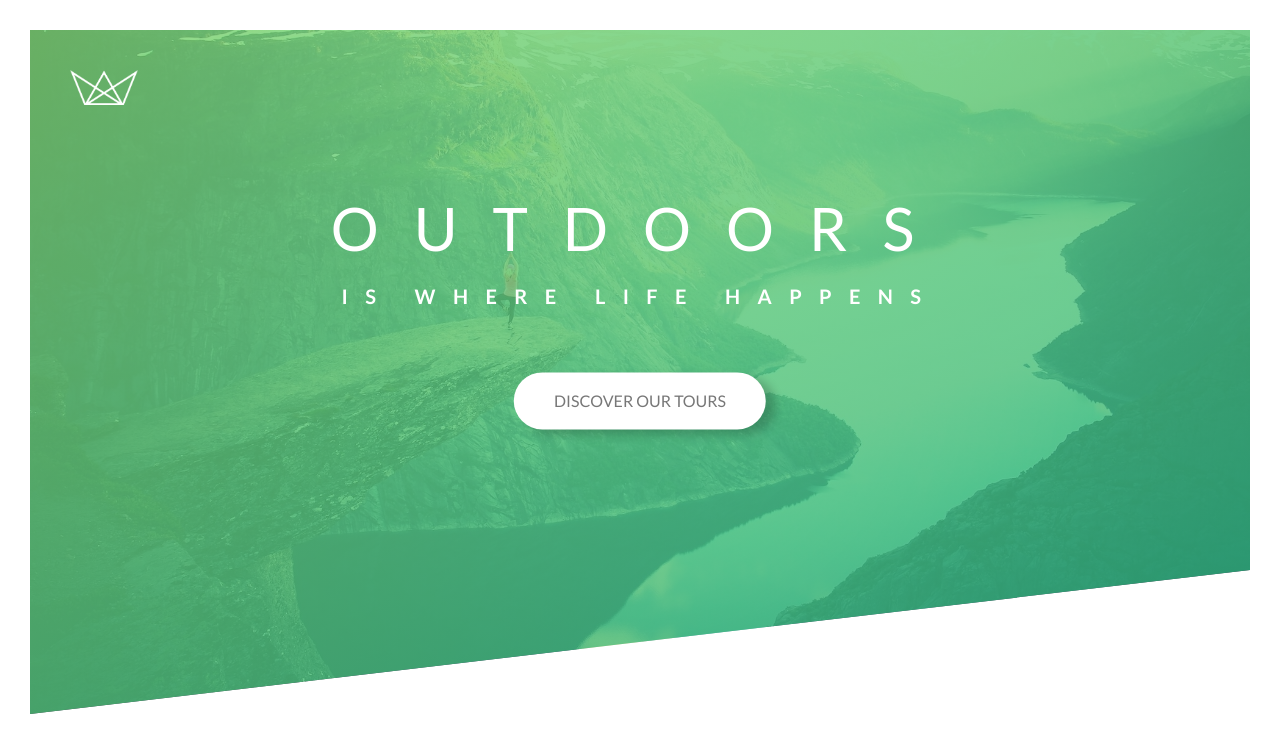
Repository: MalgorzataMazur/Natours
Page: index.html
The author's editor kept a copy of each file at every save. The page is drawn from the files as they stood at one save, then again after the next save.
The browser window is 1280 px wide. The pictures show the whole page.
The first visible `.btn` is being pressed.

Above is the page before, as saved 2020-01-13 00:33:29.

### index.html
<!DOCTYPE html>
<html lang="en">
<head>
    <meta charset="UTF-8">
    <meta name="viewport" content="width=device-width, initial-scale=1.0">
    <meta http-equiv="X-UA-Compatible" content="ie=edge">

    <link href="https://fonts.googleapis.com/css?family=Lato:100,300,400,700,900" rel="stylesheet">


    <link rel="stylesheet" href="css/style.css">
    <link rel="shortcut icon" type="image/png" href="img/favicon.png">

    <title>Natours | Exciting tours for adventurous people</title>
</head>
<body>
    <header class="header">  <!-- green field -->
        <div class="logo-box">
            <img src="img/logo-white.png" alt="Logo" class="logo">
        </div>

        <div class="text-box">
            <h1 class="heading-primary">
                <span class="heading-primary-main">Outdoors</span>
                <span class="heading-primary-sub">is where life happens</span>
            </h1>
            <a href="#" class="btn btn-white">Discover our tours</a>
        </div>

    </header>
</body>
</html>

### css/style.css
/*
COLORS:

Light green: #7ed56f
Medium green: #55c57a
Dark green: #28b485

*/

/* universal selector */    /* that is BASIC RESET! */
* {
    margin: 0;
    padding: 0;
    box-sizing: border-box;
}

body {
    font-family: "Lato", sans-serif;          /* FONT HERE IN BODY BECASUE IS USUALLY IHERITATED */
    font-weight: 400;
    font-size: 16px;
    line-height: 1.7;                       /* 1.7 x higher than earlier defined height of line */
    color: #777;
    padding: 30px;                          /* around all website white strap */
}

.header {
    height: 95vh;                          /* a#7ed56f, t the boottom left white strap 5% */
    background-image: linear-gradient(
        to right bottom,                     /* define gradient here linear, from wich side sholuld starts here in line gradienfrom the left top to the right, colours */
        rgba(126, 213, 111, 0.8),
        rgba(40, 180, 131, 0.8)),
        url(../img/hero.jpg);
    background-size: cover;
    background-position: top;
    position: relative;

    clip-path: polygon(0 0, 100% 0, 100% 75vh, 0 100%);  /* do wedge (kiln, wcięcie) just to clip from one side, w do polygon (wilokat) we move every single corner move clockwise x & y)  */

}

.logo-box {
    position: absolute;                    /* in the left corner */
    top: 40px;
    left: 40px;
}

.logo {
    height: 35px;;
}

.text-box {
    position: absolute;
    top: 40%;                          /* top&left they're in relation to the parent element  */
    left: 50%;
    transform: translate(-50%, -50%);         /*translation  is in relation to the elemnet itself; header promary I mean an element to be centered we have to shifted 50% of height and width of element not parent */
    text-align: center;                /* button at the center */
}

.heading-primary {
    color: #ffffff;
    text-transform: uppercase;

    backface-visibility: hidden;
    margin-bottom: 60px;                 /* a little bit like to the top, shaky and it is to fix it  */
}

.heading-primary-main {
    display: block;
    font-size: 60px;
    font-weight: 400;
    letter-spacing: 35px;

    animation-name: moveInLeft;               /*  for animation to woerk there're two only properties to specify aniamtion name and the anim ation duration */
    animation-duration: 1s;
    animation-timing-function: ease-out;       /* define how animation will proceed slow/fast; ease-out the anim will start faster and then will become slower by the end */


    /*animation-delay: 3s;*/              /* set a delay we can in animation */
    /*animation-iteration-count: 3; */          /* how many times animation should happens */

}

.heading-primary-sub {
    display: block;
    font-size: 20px;
    font-weight: 700;
    letter-spacing: 17.4px;
    animation: moveInRight 1s ease-out;

}

@keyframes moveInLeft {            /* ANIMATION we started from @keyframes and name of animation;NOW I can specify whnt I want to happen in each moment of time of the animation  */
    0% {                          /* initial state */
       opacity: 0;                         /* first we wanted to be visible so opacity 0 and in the end opacity 1; opacity is one of properties that we animated here and transform property second */
       transform: translateX(-100px);        /* the element comes in from the left side */
    }                                          /* rotate(180deg) */

    80% {
        transform: translateX(10px);        /* to the right side goes */
    }

    100% {                        /* final state */
        opacity: 1;                         /* first we wanted to be visible so opacity 0 and in the end opacity 1 */
        transform: translate(0);     /* it's gonna look exactly right now */
    }
}


@keyframes moveInRight {
       0% {
        opacity: 0;
        transform: translateX(100px);      /* moves to the right */
    }

    80% {
        transform: translateX(-10px);
    }

    100% {
        opacity: 1;
        transform: translate(0);
    }
}

.btn:link,
.btn:visited {
    text-transform: uppercase;
    text-decoration: none;
    padding: 15px 40px;
    display: inline-block;              /* if specufypadding, width, height of elemet thay sholud be display as a inline-block */
    border-radius: 100px;
    transition: all .2s;
}

.btn:hover {
    transform: translateY(-3px);                       /* element moves up */
    box-shadow: 0 10px 20px rgba(0, 0, 0,.2);                       /* move x, y, blur, color */
}

.btn:active {
    transform: translateY(-1px);
    box-shadow: 10px 5px 10px rgba(0, 0, 0,.2)
}
.btn-white {
    background-color: #fff;
    color: #777;
}

After the next save:
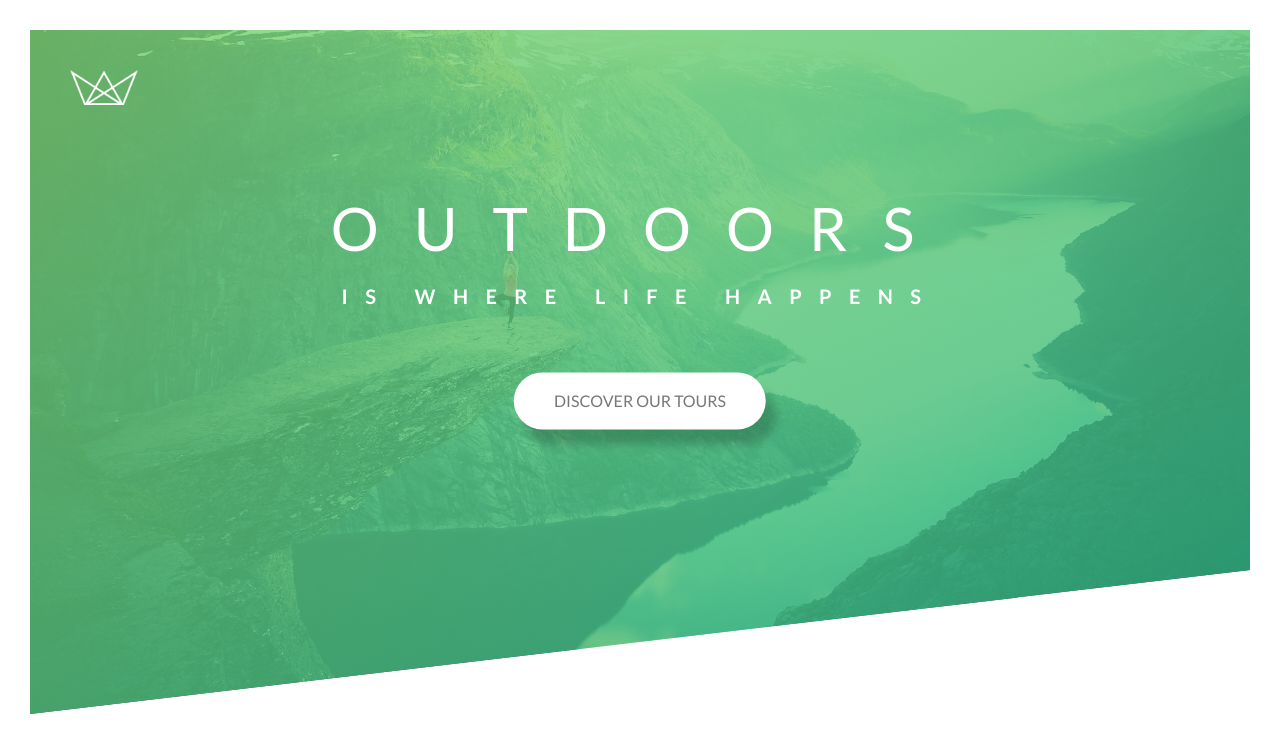
Saved 18 s later.
--- a/css/style.css
+++ b/css/style.css
@@ -139,7 +139,7 @@ body {
 
 .btn:active {
     transform: translateY(-1px);
-    box-shadow: 10px 5px 10px rgba(0, 0, 0,.2)
+    box-shadow: 10px 15px 10px rgba(0, 0, 0,.2)
 }
 .btn-white {
     background-color: #fff;
